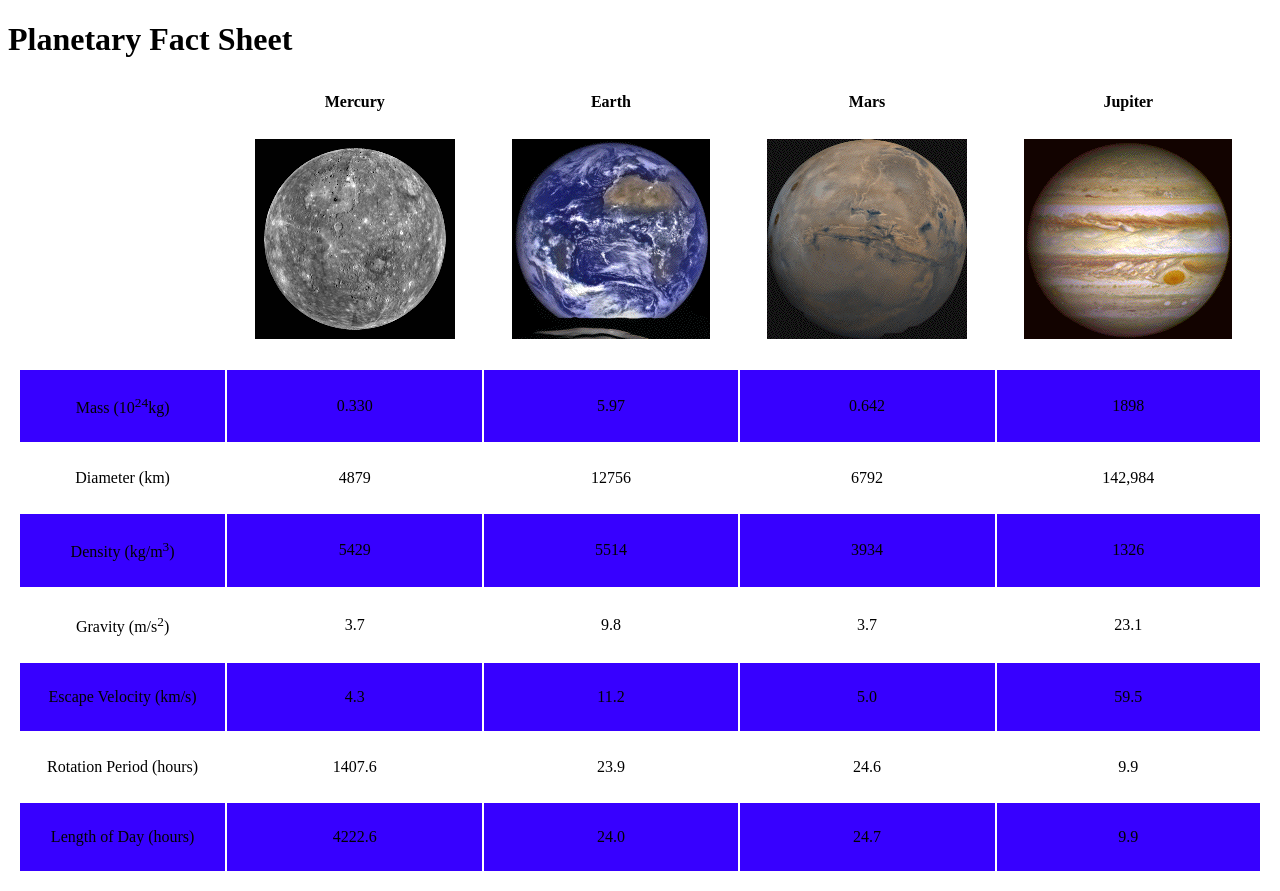
Repository: rishondass/ITMD361-Lab5
Page: index.html
The author's editor kept a copy of each file at every save. The page is drawn from the files as they stood at one save, then again after a run of saves.
The browser window is 1280 px wide. The pictures show the whole page.

Above is the page before, as saved 2023-02-22 19:11:49.

After the next 2 saves:
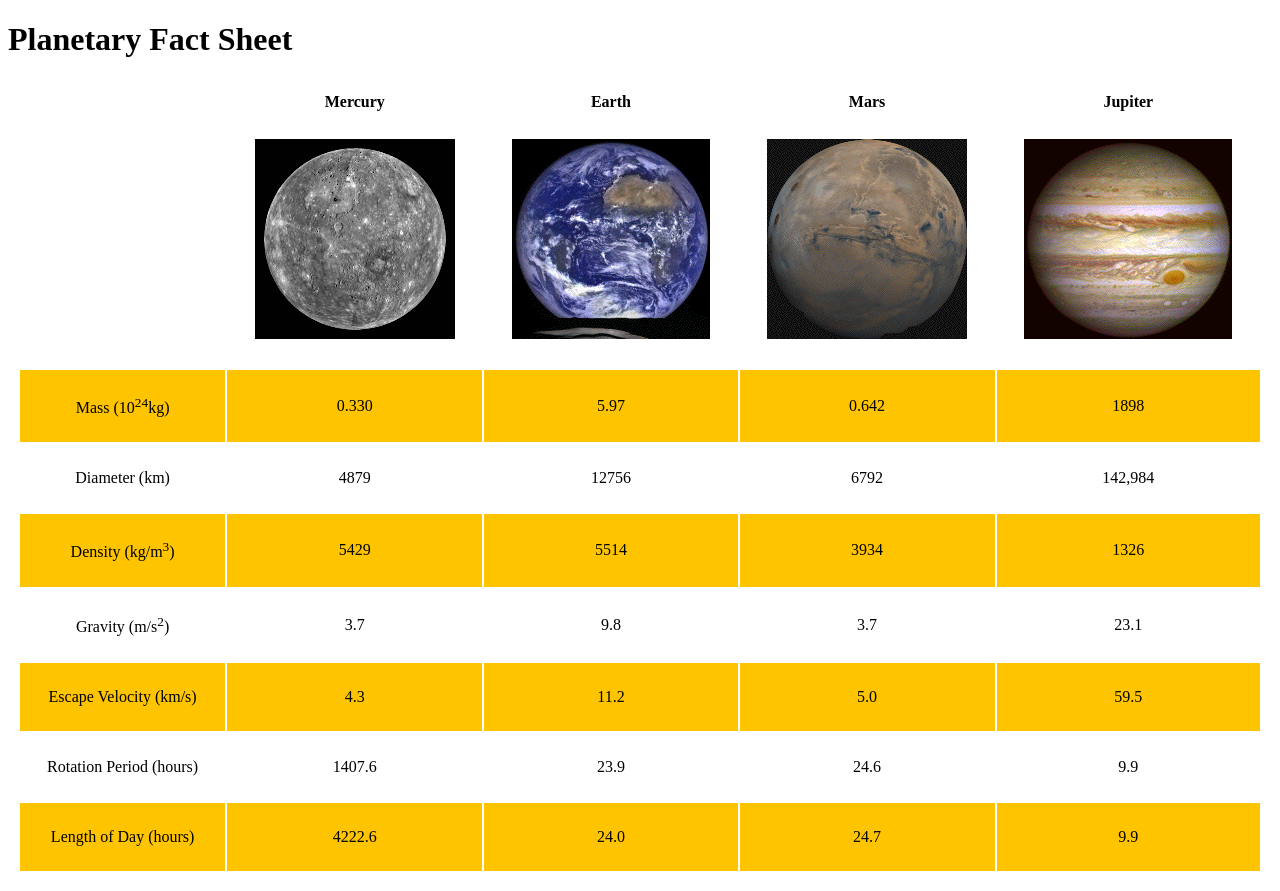
The 2 saves are shown as one change because they came seconds apart.
The last was saved 11 s later.
--- a/css/style.css
+++ b/css/style.css
@@ -13,5 +13,5 @@
 }
 
 #planets tr:nth-child(even){
-  background-color: rgb(55, 0, 255);
+  background-color: rgb(255, 196, 0);
 }
